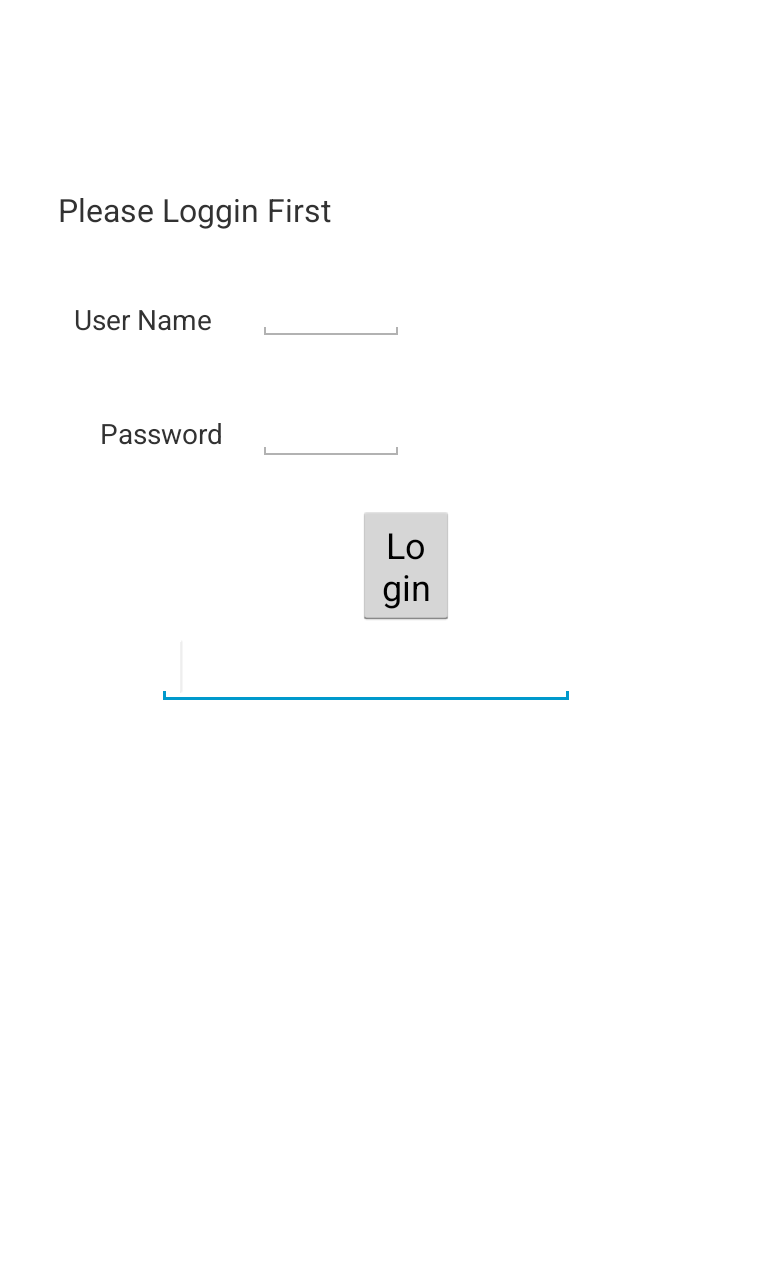
Repository: fedecarossino/seriesHook
Layout: SeriesHook/res/layout/main.xml
These files come from the project's save history. The layout is drawn as it stood at one moment and after the next save; the edit follows.
It is drawn on a 768 x 1280 px phone screen (xhdpi) without system bars, with theme AppTheme; the app's code is not run.

Above is the layout before, as saved 2013-05-15 02:21:38.

### SeriesHook/res/layout/main.xml
<?xml version="1.0" encoding="utf-8"?>
<AbsoluteLayout
android:layout_width="fill_parent"
android:layout_height="fill_parent"
xmlns:android="http://schemas.android.com/apk/res/android"
>
<EditText android:layout_width="150px" android:layout_height="wrap_content" android:textSize="18sp" android:id="@+id/txt_username" android:layout_y="132dip" android:layout_x="128dip"></EditText>
<EditText android:layout_width="150px" android:layout_height="wrap_content" android:textSize="18sp" android:password="true" android:id="@+id/txt_password" android:layout_x="128dip" android:layout_y="192dip"></EditText>
<Button android:layout_width="100px" android:layout_height="wrap_content" android:id="@+id/btn_login" android:layout_x="178dip" android:layout_y="252dip" android:text="Login"></Button>
<TextView android:layout_width="wrap_content" android:layout_height="wrap_content" android:id="@+id/lbl_username" android:text="User Name" android:layout_x="37dip" android:layout_y="150dip"></TextView>
<TextView android:layout_width="wrap_content" android:layout_height="wrap_content" android:id="@+id/lbl_password" android:text="Password" android:layout_y="207dip" android:layout_x="50dip"></TextView>
<TextView android:layout_width="wrap_content" android:layout_height="wrap_content" android:id="@+id/lbl_top" android:textSize="16sp" android:typeface="sans" android:text="Please Loggin First" android:layout_x="29dip" android:layout_y="94dip"></TextView>
<TextView android:layout_width="wrap_content" android:layout_height="wrap_content" android:layout_y="312dip" android:layout_x="50dip" android:id="@+id/lbl_result"></TextView>

<EditText
    android:id="@+id/lbl_username"
    android:layout_width="wrap_content"
    android:layout_height="wrap_content"
    android:layout_x="78dp"
    android:layout_y="314dp"
    android:ems="10" >

    <requestFocus />
</EditText>

</AbsoluteLayout>

Loaded but not shown: SeriesHook/res/values/styles.xml (common file); SeriesHook/res/values-v11/styles.xml (common file); SeriesHook/res/values-v14/styles.xml (common file)

After the next save:
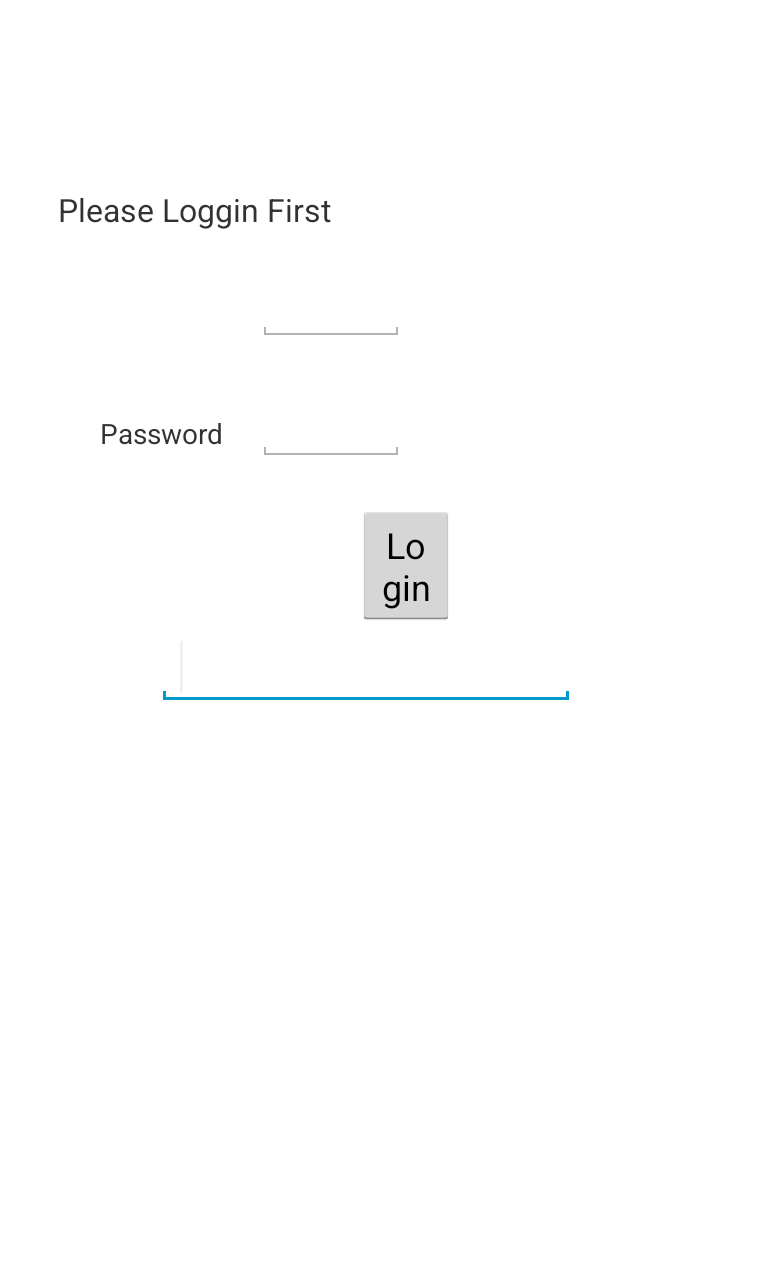
Saved 10 s later.
--- a/SeriesHook/res/layout/main.xml
+++ b/SeriesHook/res/layout/main.xml
@@ -7,7 +7,6 @@ xmlns:android="http://schemas.android.com/apk/res/android"
 <EditText android:layout_width="150px" android:layout_height="wrap_content" android:textSize="18sp" android:id="@+id/txt_username" android:layout_y="132dip" android:layout_x="128dip"></EditText>
 <EditText android:layout_width="150px" android:layout_height="wrap_content" android:textSize="18sp" android:password="true" android:id="@+id/txt_password" android:layout_x="128dip" android:layout_y="192dip"></EditText>
 <Button android:layout_width="100px" android:layout_height="wrap_content" android:id="@+id/btn_login" android:layout_x="178dip" android:layout_y="252dip" android:text="Login"></Button>
-<TextView android:layout_width="wrap_content" android:layout_height="wrap_content" android:id="@+id/lbl_username" android:text="User Name" android:layout_x="37dip" android:layout_y="150dip"></TextView>
 <TextView android:layout_width="wrap_content" android:layout_height="wrap_content" android:id="@+id/lbl_password" android:text="Password" android:layout_y="207dip" android:layout_x="50dip"></TextView>
 <TextView android:layout_width="wrap_content" android:layout_height="wrap_content" android:id="@+id/lbl_top" android:textSize="16sp" android:typeface="sans" android:text="Please Loggin First" android:layout_x="29dip" android:layout_y="94dip"></TextView>
 <TextView android:layout_width="wrap_content" android:layout_height="wrap_content" android:layout_y="312dip" android:layout_x="50dip" android:id="@+id/lbl_result"></TextView>
